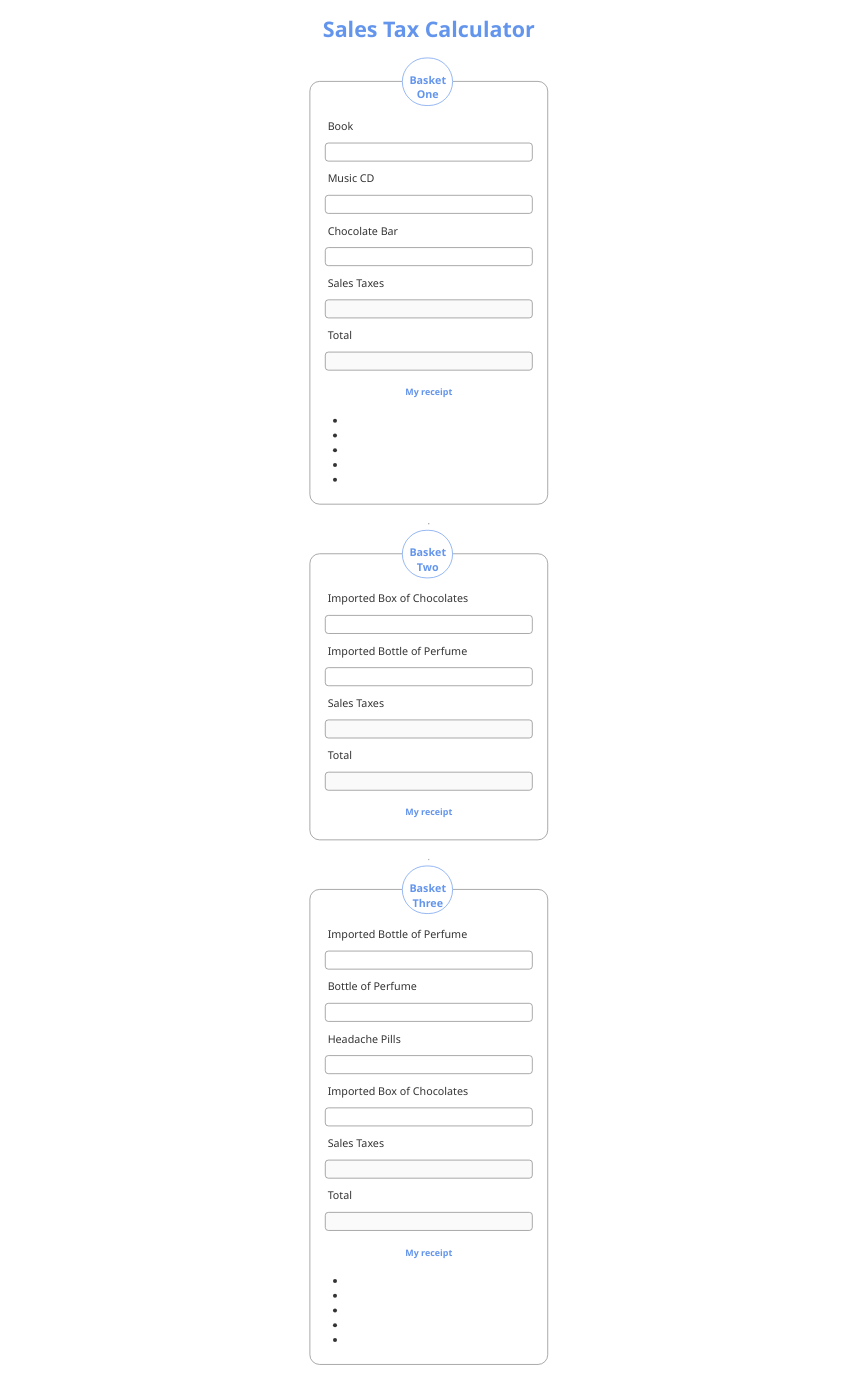
Repository: duzzisantos/sales-tax
Page: index.html
These files come from the project's save history. The page is drawn as it stood at one moment and after the next save; the edit follows.
The browser window is 1280 px wide. The pictures show the whole page, at 67% of full size.

Above is the page before, as saved 2022-05-25 22:11:17.

After the next save:
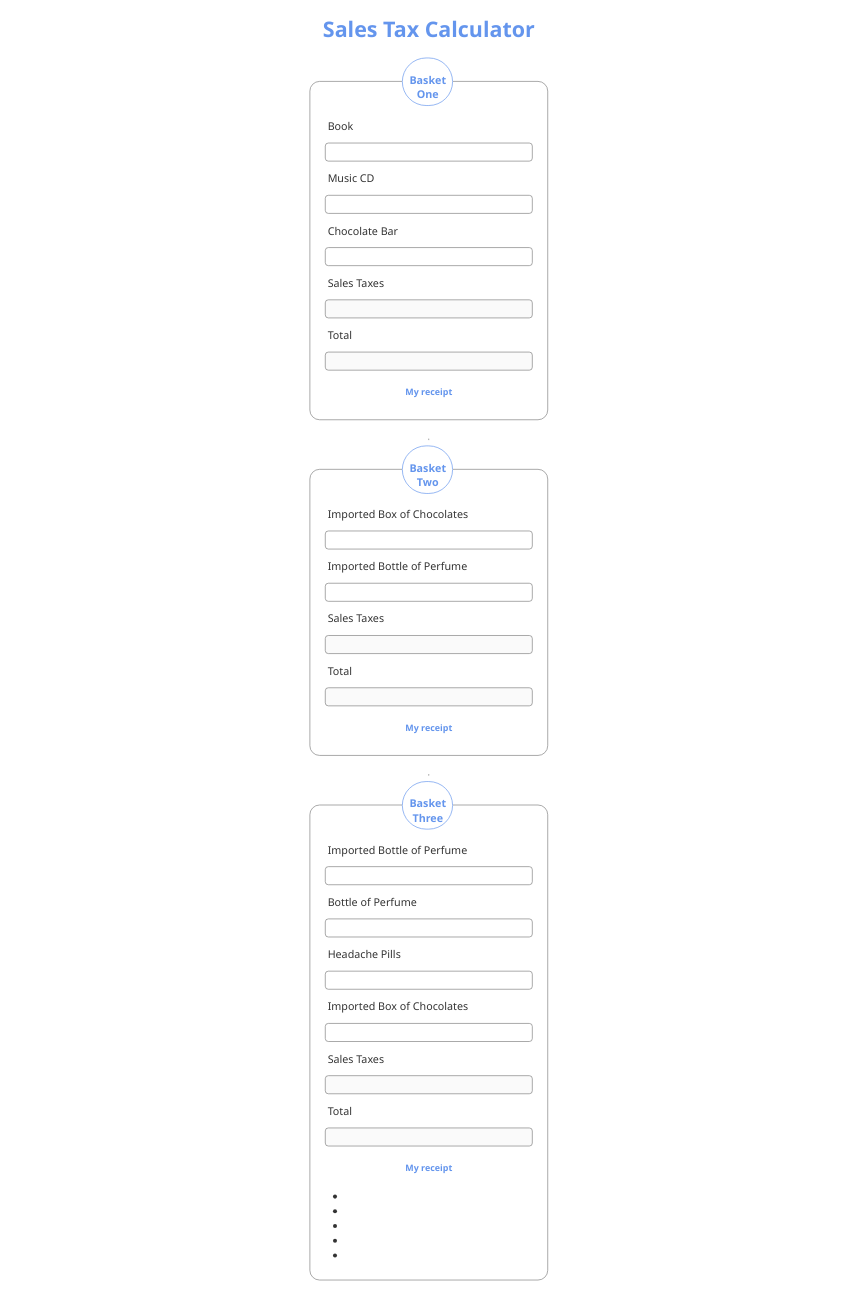
Saved 17 s later.
--- a/index.html
+++ b/index.html
@@ -29,13 +29,9 @@
                 <input id="total" type="number" name="total" onchange="basketOne()" disabled />
             </form>
             <h5>My receipt</h5>
-            <ul id="listOne">
-                <li></li>
-                <li></li>
-                <li></li>
-                <li></li>
-                <li></li>
-            </ul>
+            <span id="listOne">
+
+            </>
         </fieldset>
         <hr>
 
